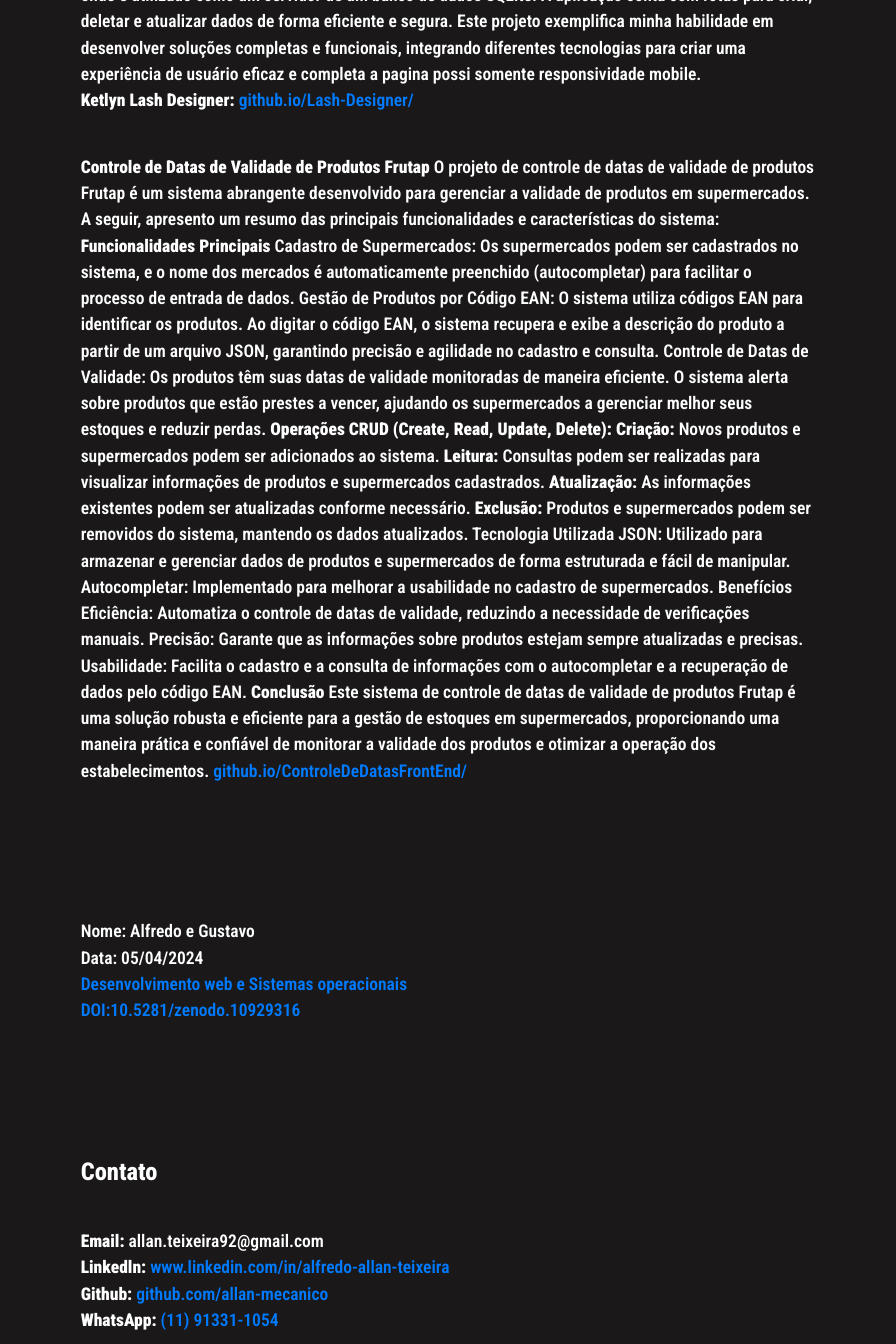
Repository: alfredo-allan/Portfolio
Page: index.html
These files come from the project's save history. The page is drawn as it stood at one moment and after the next save; the edit follows.
The browser window is 1280 px wide. The pictures show the part of the page from y = 2622 to 4542 px (the page is 4542 px tall), at 70% of full size.

Above is the page before, as saved 2024-05-26 19:41:23.

After the next save:
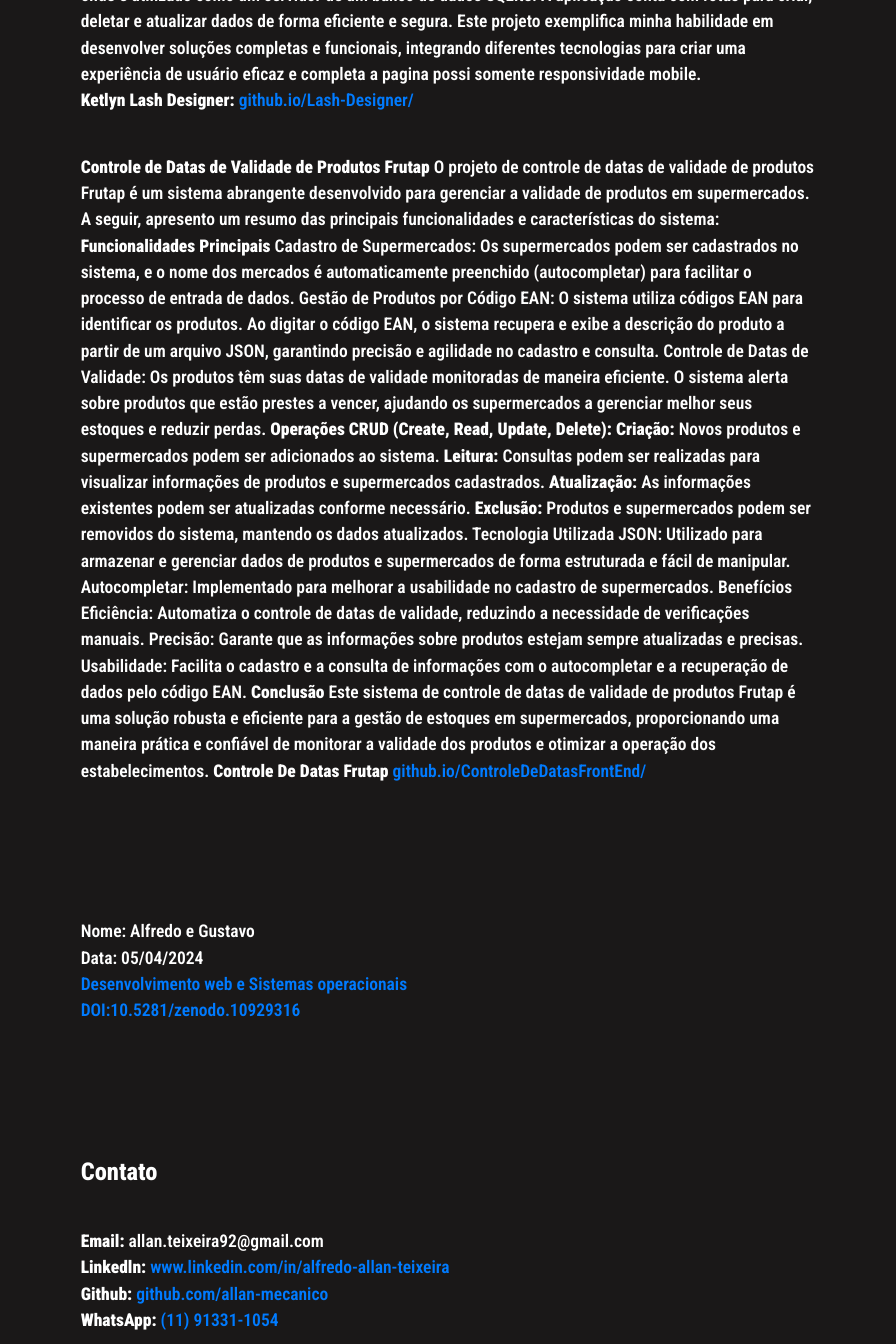
Saved 11 s later.
--- a/index.html
+++ b/index.html
@@ -145,7 +145,7 @@
         solução robusta e eficiente para a gestão de estoques em supermercados,
         proporcionando uma maneira prática e confiável de monitorar a validade
         dos produtos e otimizar a operação dos estabelecimentos.
-        <strong></strong>
+        <strong>Controle De Datas Frutap</strong>
         <a href="https://allan-mecanico.github.io/ControleDeDatasFrontEnd/"
           >github.io/ControleDeDatasFrontEnd/</a
         >
